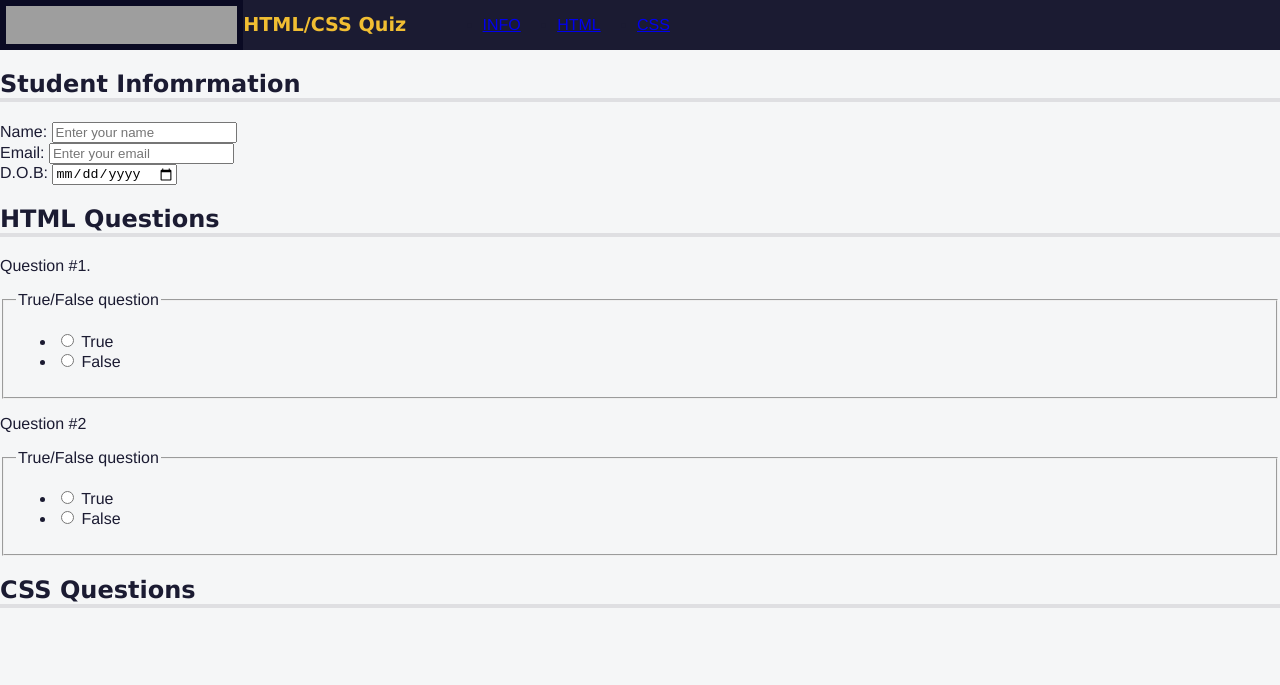
Repository: Lungdjos/accessibility_build_quiz
Page: index.html
The author's editor kept a copy of each file at every save. The page is drawn from the files as they stood at one save, then again after the next save.
The browser window is 1280 px wide. The pictures show the whole page.
Pictures or frames that could not be fetched are drawn as grey boxes.

Above is the page before, as saved 2023-10-28 17:22:30.

### index.html
<!DOCTYPE html>
<html lang="en">

<head>
    <meta charset="UTF-8">
    <meta name="viewport" content="width=device-width, initial-scale=1.0">
    <meta name="description" content="Accessibility">
    <title>HTML/CSS Test Quiz</title>
    <link rel="stylesheet" href="styles.css">
</head>

<body>
    <header>
        <img src="https://cdn.freecodecamp.org/platform/universal/fcc_primary.svg" alt="" id="logo">
        <h1>HTML/CSS Quiz</h1>
        <nav>
            <ul>
                <li>
                    <a href="#student-info">info</a></li>
                <li>
                    <a href="#html-questions">html</a></li>
                <li>
                    <a href="#css-questions">css</a></li>
            </ul>
        </nav>
    </header>
    <main>
        <form action="https://freecodecamp.org/practice-project/accessibility-quiz" method="post">
            <section role="region" aria-labelledby="student-info">
                <h2 id="student-info">Student Infomrmation</h2>
                <div class="info">
                    <label for="student-name">
                        Name:
                    </label><input type="text" name="name" id="student-name" placeholder="Enter your name">
                </div>
                <div class="info">
                    <label for="student-email">
                        Email:
                    </label><input type="email" name="email" id="student-email" placeholder="Enter your email">
                </div>
                <div class="info">
                    <label for="birth-date">
                        D.O.B:<span class="sr-only">(Date of Birth)</span>
                    </label><input type="date" name="dob" id="birth-date">
                </div>
            </section>

            <section role="region" aria-labelledby="html-questions">
                <h2 id="html-questions">HTML Questions</h2>
                <div class="question-block">
                    <p>1.</p>
                    <fieldset name="first-question" class="question">
                        <legend>True/False question</legend>
                        <ul class="answers-list">
                            <li>
                                <label for="q1-a1">
                                    <input type="radio" value="true" name="q1-answ" id="q1-a1"> True
                                </label>
                            </li>
                            <li>
                                <label for="q1-a2">
                                    <input type="radio" value="false" name="q1-answ" id="q1-a2"> False
                                </label>
                            </li>
                        </ul>
                    </fieldset>
                </div>
                <div class="question-block">
                    <p>2</p>
                    <fieldset name="second-question" class="question">
                        <legend>True/False question</legend>
                        <ul class="answers-list">
                            <li>
                                <label for="q2-a1">
                                    <input type="radio" value="true" name="q2-answ" id="q2-a1"> True
                                </label>
                            </li>
                            <li>
                                <label for="q2-a2">
                                    <input type="radio" value="false" name="q2-answ" id="q2-a2"> False
                                </label>
                            </li>
                        </ul>
                    </fieldset>
                </div>
            </section>

            <section role="region" aria-labelledby="css-questions">
                <h2 id="css-questions">CSS Questions</h2>
                <div class="formrow">
                    <div class="question-block">
                        <label for=""></label>
                    </div>
                    <div class="answer"></div>

                    <div class="question-block">
                        <label for=""></label>
                    </div>
                    <div class="answer"></div>
                </div>
            </section>
        </form>
    </main>
</body>

</html>

### styles.css
body {
    background: #f5f6f7;
    color: #1b1b32;
    font-family: Helvetica;
    margin: 0;
}

header {
    width: 100%;
    height: 50px;
    background-color: #1b1b32;
    display: flex;
}

#logo {
    width: max(100px, 18vw);
    background-color: #0a0a23;
    aspect-ratio: 35 / 4;
    padding: 0.4rem;
}

h1 {
    color: #f1be32;
    font-size: min(5vw, 1.2em);
}

nav {
    width: 50%;
    max-width: 300px;
    height: 50px;
}

nav>ul {
    display: flex;
    justify-content: space-evenly;
    text-transform: uppercase;
}

h1,
h2 {
    font-family: Verdana, Tahoma;
}

h2 {
    border-bottom: 4px solid #dfdfe2;
}

.sr-only {
    position: absolute;
    width: 1px;
    height: 1px;
    padding: 0;
    margin: -1px;
    overflow: hidden;
    clip: rect(0, 0, 0, 0);
    white-space: nowrap;
    border: 0;
}

p::before {
    content: "Question #";
}

After the next save:
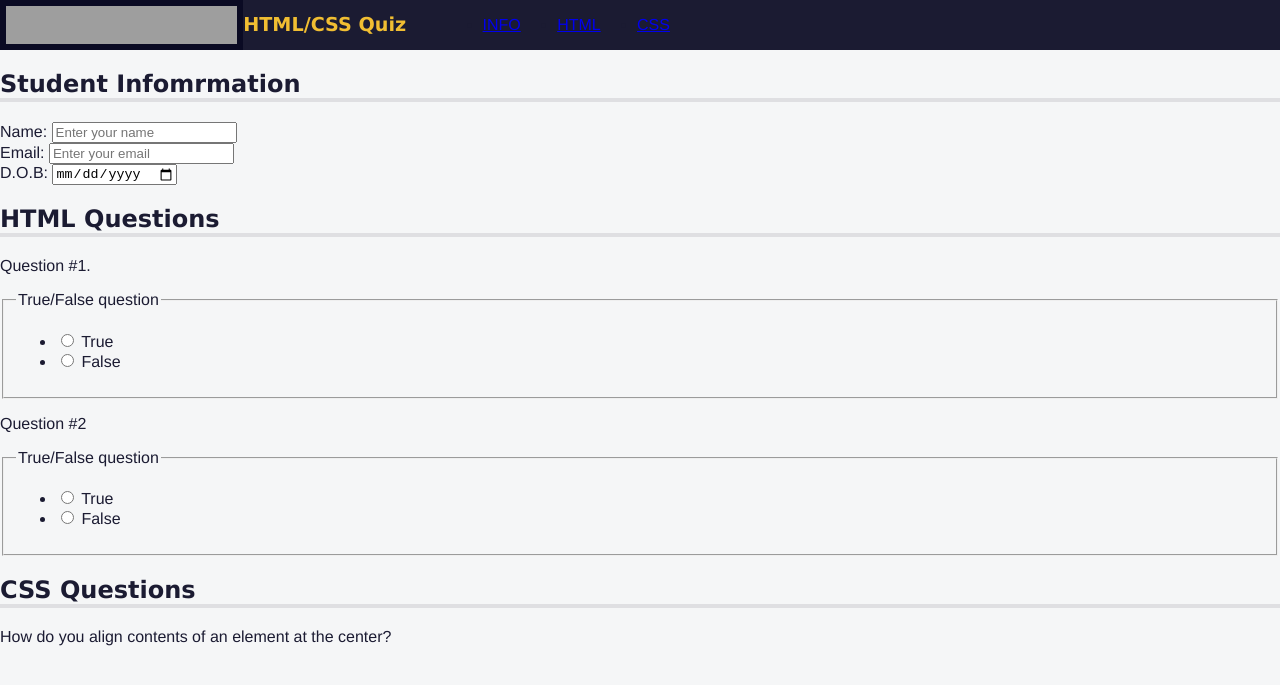
Saved 32 s later.
--- a/index.html
+++ b/index.html
@@ -94,7 +94,7 @@
                     <div class="answer"></div>
 
                     <div class="question-block">
-                        <label for=""></label>
+                        <label for="">How do you align contents of an element at the center?</label>
                     </div>
                     <div class="answer"></div>
                 </div>
